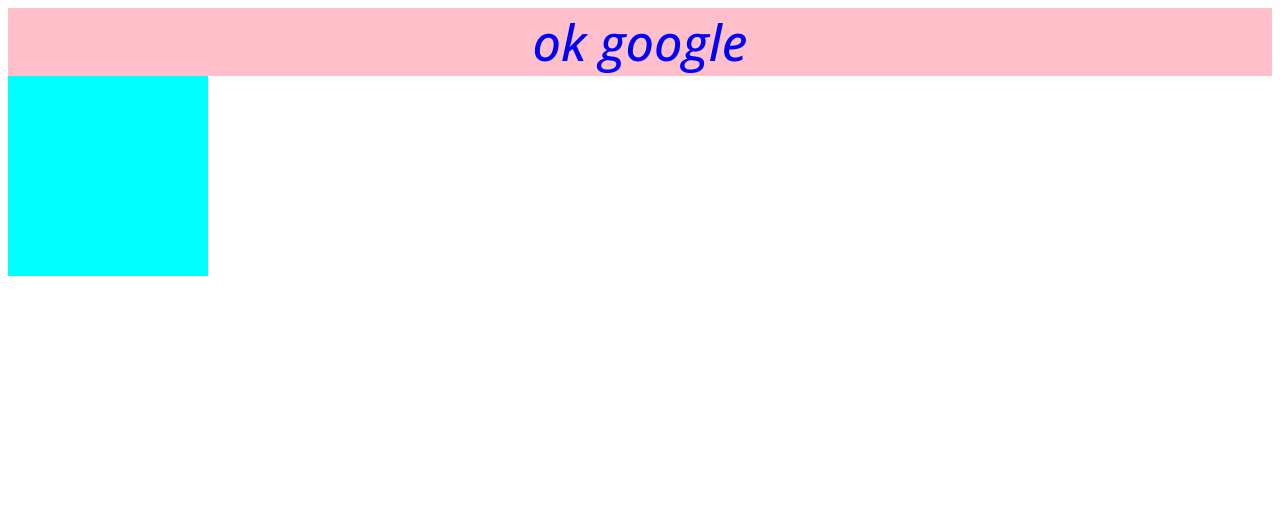
Repository: huyennvo/CSS
Page: index.html
The author's editor kept a copy of each file at every save. The page is drawn from the files as they stood at one save, then again after the next save.
The browser window is 1280 px wide. The pictures show the whole page.

Above is the page before, as saved 2022-07-18 09:20:15.

After the next save:
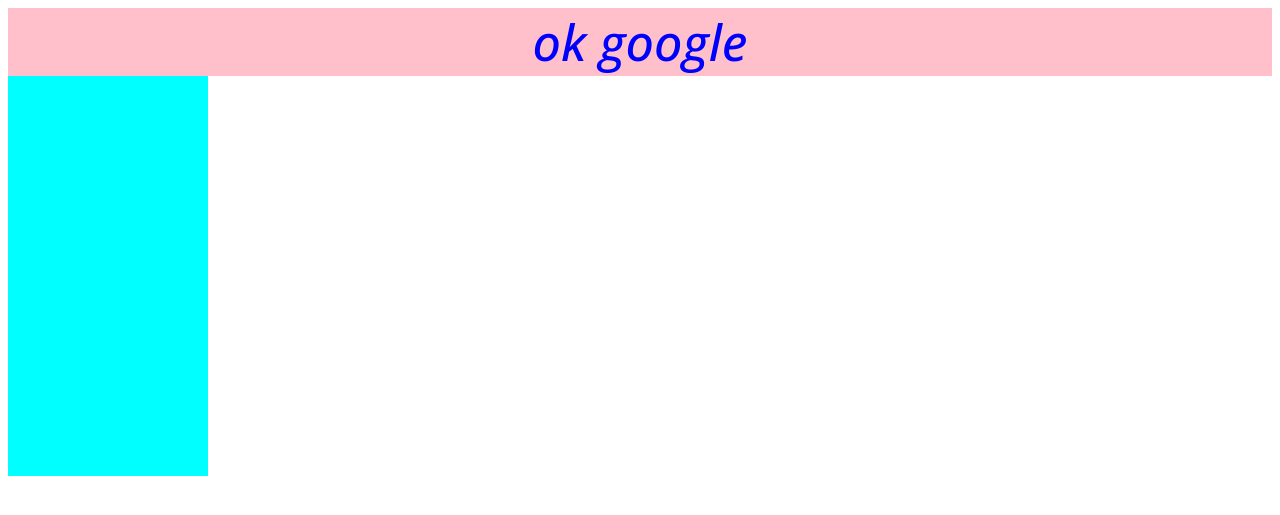
Saved 2 min 31 s later.
--- a/index.html
+++ b/index.html
@@ -29,5 +29,8 @@
     <div class="img">
 
     </div>
+    <div class="img">
+
+    </div>
 </body>
 </html>
